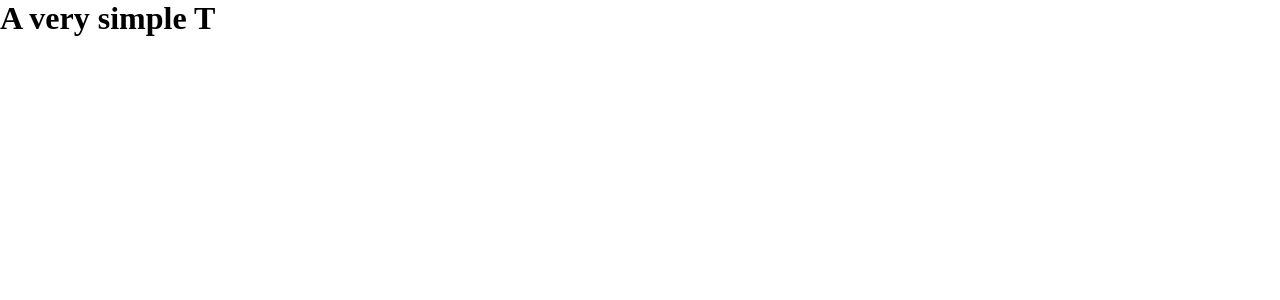
Repository: darioskpavoni/to-do-react
Page: /
The author's editor kept a copy of each file at every save. The page is drawn from the files as they stood at one save, then again after the next save.
The browser window is 1280 px wide. The pictures show the whole page.
The project was rebuilt for these pictures with package versions that can differ from the ones it lists, and the page was loaded fresh each time. Also part of the build but not shown: vite.config.ts, src/App.css.

Above is the page before, as saved 2023-03-19 23:35:38.

After the next save:
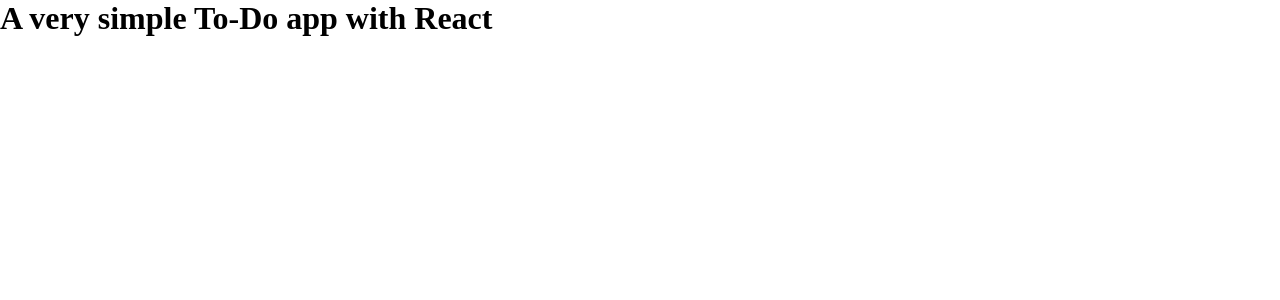
Saved 38 s later.
--- a/src/App.tsx
+++ b/src/App.tsx
@@ -4,7 +4,7 @@
 function App() {
   return (
     <div className="App">
-      <h1>A very simple T</h1>
+      <h1>A very simple To-Do app with React</h1>
     </div>
   );
 }
